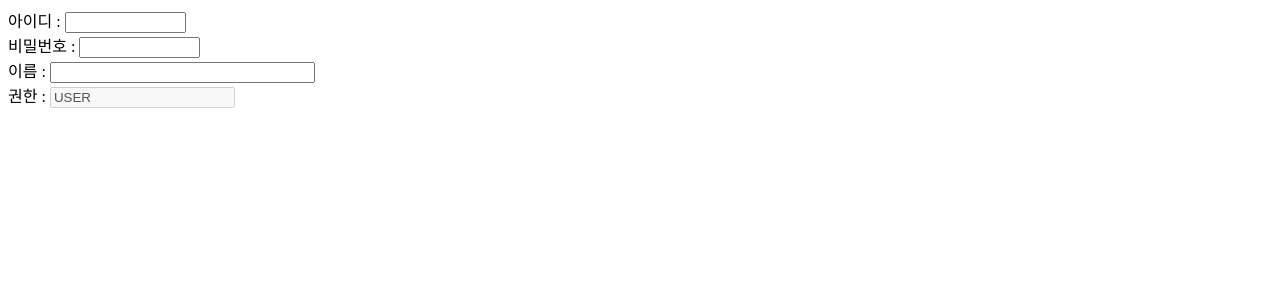
Repository: TPoleon/Servlet-JSP
Page: BoardWeb/src/main/webapp/insertUser.html
The author's editor kept a copy of each file at every save. The page is drawn from the files as they stood at one save, then again after the next save.
The browser window is 1280 px wide. The pictures show the whole page.

Above is the page before, as saved 2023-11-16 08:45:11.

### BoardWeb/src/main/webapp/insertUser.html
<!DOCTYPE html PUBLIC "-//W3C//DTD HTML 4.01 Transitional//EN" "http://www.w3.org/TR/html4/loose.dtd">
<html>
<head>
<meta http-equiv="Content-Type" content="text/html; charset=UTF-8">
<title>Insert title here</title>
</head>
<body>

아이디 : <input type="text" size="12"/><br>
비밀번호 : <input type="password" size="12"/><br>
이름 : <input type="text" size="30"/><br>
권한 : <input type="text" value="USER" disabled/><br>

</body>
</html>

After the next save:
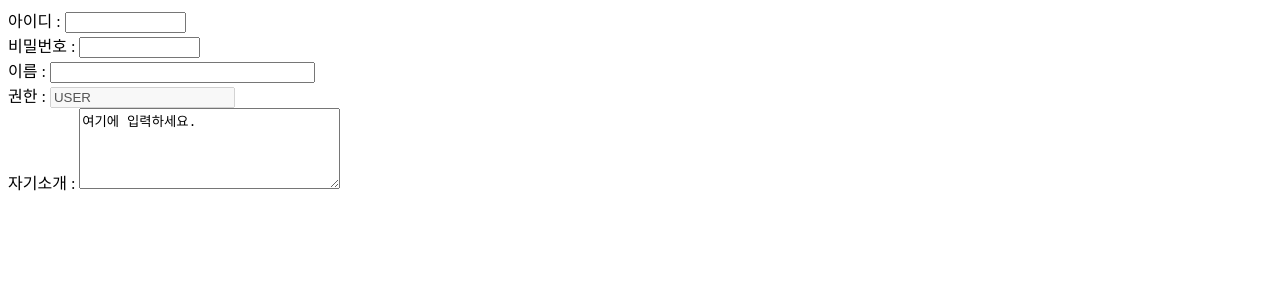
Saved 5 min 22 s later.
--- a/BoardWeb/src/main/webapp/insertUser.html
+++ b/BoardWeb/src/main/webapp/insertUser.html
@@ -10,6 +10,6 @@
 비밀번호 : <input type="password" size="12"/><br>
 이름 : <input type="text" size="30"/><br>
 권한 : <input type="text" value="USER" disabled/><br>
-
+자기소개 : <textarea rows ="5" cols="30">여기에 입력하세요.</textarea><br>
 </body>
 </html>
